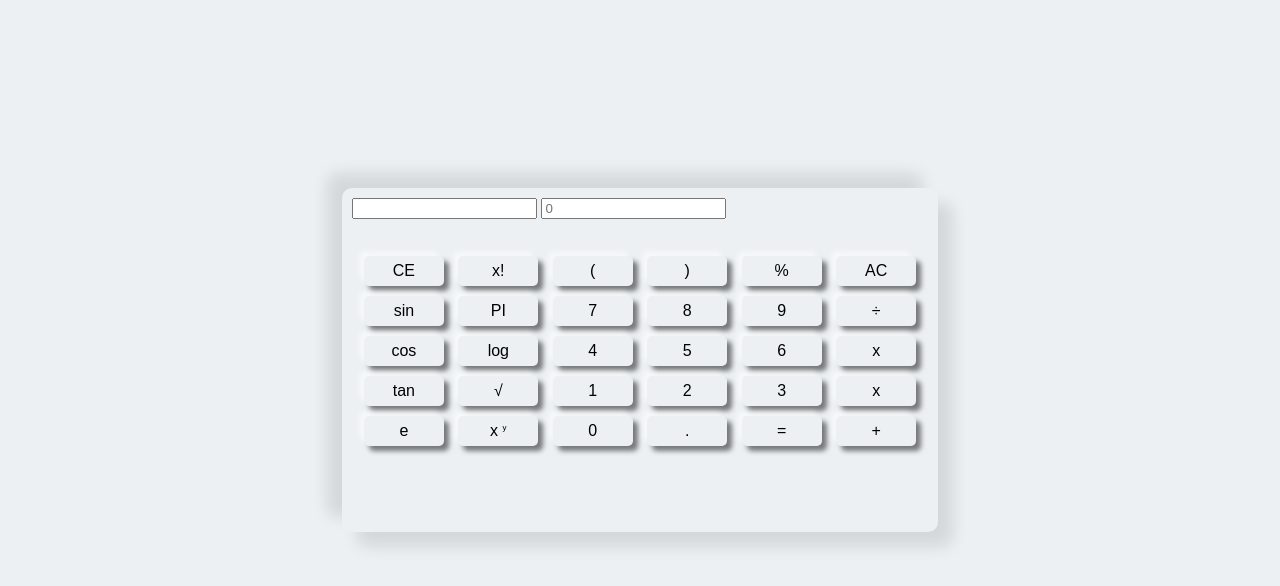
Repository: Haakim19/Scientific-Calculator
Page: intex.html
The author's editor kept a copy of each file at every save. The page is drawn from the files as they stood at one save, then again after the next save.
The browser window is 1280 px wide. The pictures show the whole page.

Above is the page before, as saved 2024-10-27 12:35:24.

After the next save:
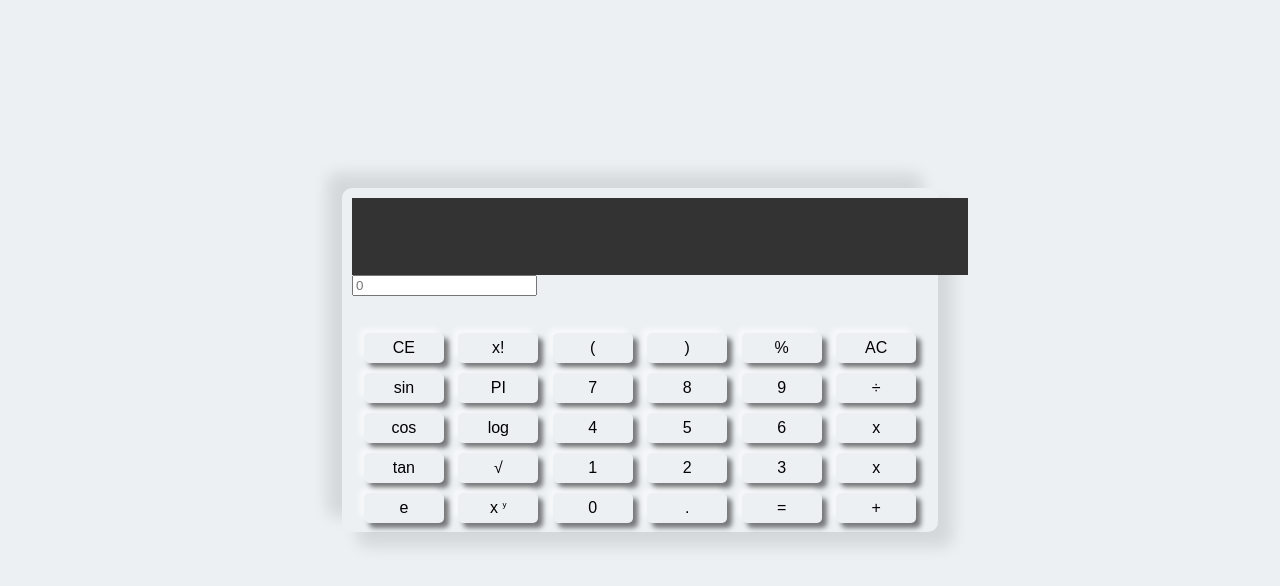
Saved 31 s later.
--- a/Style.css
+++ b/Style.css
@@ -60,7 +60,7 @@ body{
     display: flex;
     flex-direction: column;
 } */
-#display1{
+#screen1{
     width: 100%;
     padding: 20px;
     font-size: 2rem;
